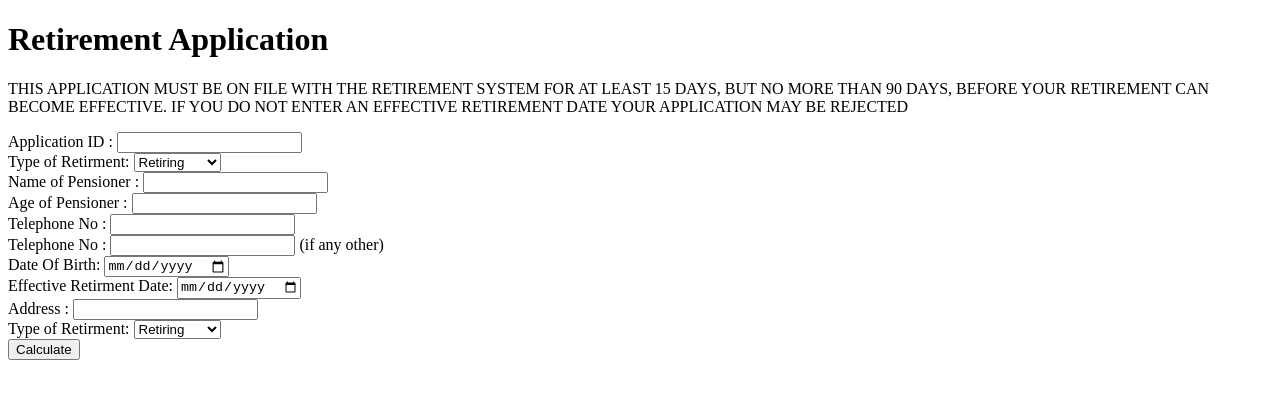
Repository: AQSA-ABDULLAH/RetirementManagmentSystem
Page: RetimentManagmentSystem/src/main/webapp/RetirementApplicationForm.html
The author's editor kept a copy of each file at every save. The page is drawn from the files as they stood at one save, then again after the next save.
The browser window is 1280 px wide. The pictures show the whole page.

Above is the page before, as saved 2023-08-13 18:30:24.

### RetimentManagmentSystem/src/main/webapp/RetirementApplicationForm.html
<!DOCTYPE html>
<html>
<head>
<meta charset="ISO-8859-1">
<title>Retirment Application</title>
</head>
<body>
  <h1>Retirement Application</h1>
  <form method="post" action="myservlet">

	<p>THIS APPLICATION MUST BE ON FILE WITH THE RETIREMENT SYSTEM FOR AT LEAST 15 DAYS, BUT NO MORE THAN 90
DAYS, BEFORE YOUR RETIREMENT CAN BECOME EFFECTIVE. IF YOU DO NOT ENTER AN EFFECTIVE RETIREMENT DATE
YOUR APPLICATION MAY BE REJECTED</p>

	<label for="id">Application ID :</label>
    <input type="number" id="id" required><br>

	<label for="type">Type of Retirment:</label>
	<select id="fruits" name="fruits">
		<option value="apple">Retiring</option>
		<option value="banana">Banana</option>
        <option value="orange">Orange</option>
        <option value="grape">Grape</option>
        <option value="strawberry">Strawberry</option>
      </select><br>

    <label for="name">Name of Pensioner :</label>
    <input type="text" id="name" required><br>

    <label for="age">Age of Pensioner :</label>
    <input type="number" id="age" required><br>

    <label for="phoneno">Telephone No :</label>
    <input type="number" id="phoneno" required><br>

    <label for="phoneno">Telephone No :</label>
    <input type="number" id="phoneno" required>
    <span>(if any other)</span><br>

    <label for="DateBirth">Date Of Birth:</label>
    <input type="date" id="DateBirth" required><br>

    <label for="DateRetirment">Effective Retirment Date:</label>
    <input type="date" id="DateRetirment" required><br>

    <label for="address">Address :</label>
    <input type="text" id="address" required>
    <br>

    <label for="type">Type of Retirment:</label>
	<select id="fruits" name="fruits">
		<option value="apple">Retiring</option>
		<option value="banana">Banana</option>
        <option value="orange">Orange</option>
        <option value="grape">Grape</option>
        <option value="strawberry">Strawberry</option>
      </select><br>

    <button type="button">Calculate</button>
  </form>

  <p id="result"></p>
</body>
</html>

After the next save:
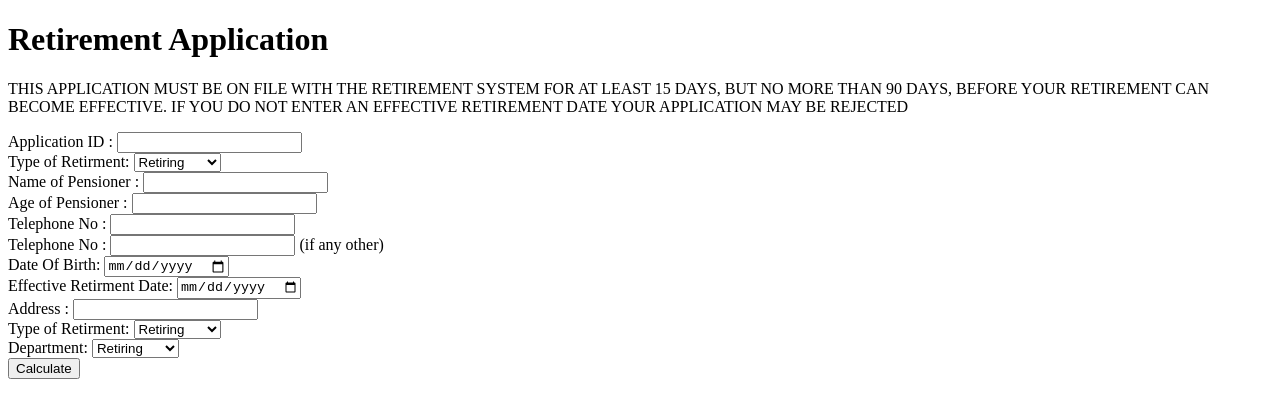
Saved 29 s later.
--- a/RetimentManagmentSystem/src/main/webapp/RetirementApplicationForm.html
+++ b/RetimentManagmentSystem/src/main/webapp/RetirementApplicationForm.html
@@ -56,6 +56,15 @@ YOUR APPLICATION MAY BE REJECTED</p>
         <option value="strawberry">Strawberry</option>
       </select><br>
 
+    <label for="department">Department:</label>
+	<select id="fruits" name="fruits">
+		<option value="apple">Retiring</option>
+		<option value="banana">Banana</option>
+        <option value="orange">Orange</option>
+        <option value="grape">Grape</option>
+        <option value="strawberry">Strawberry</option>
+      </select><br>
+
     <button type="button">Calculate</button>
   </form>
 
